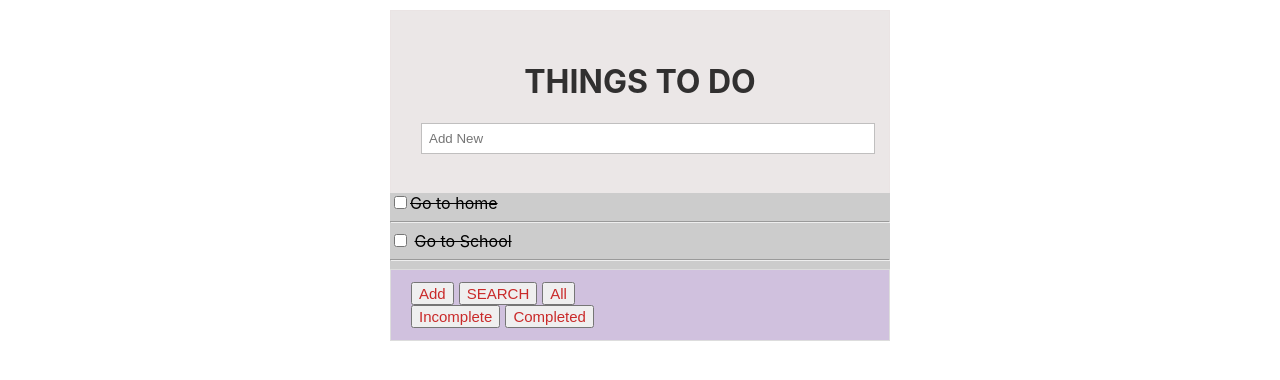
Repository: kirangautam45/To-Do-Application
Page: /
An editor plug-in stored every save of this project. The page is shown before and after a run of saves, followed by the edit.
The browser window is 1280 px wide. The pictures show the whole page.
The project was rebuilt for these pictures with package versions that can differ from the ones it lists, and the page was loaded fresh each time.

Above is the page before, as saved 2022-08-11 14:44:31.

After the next 5 saves:
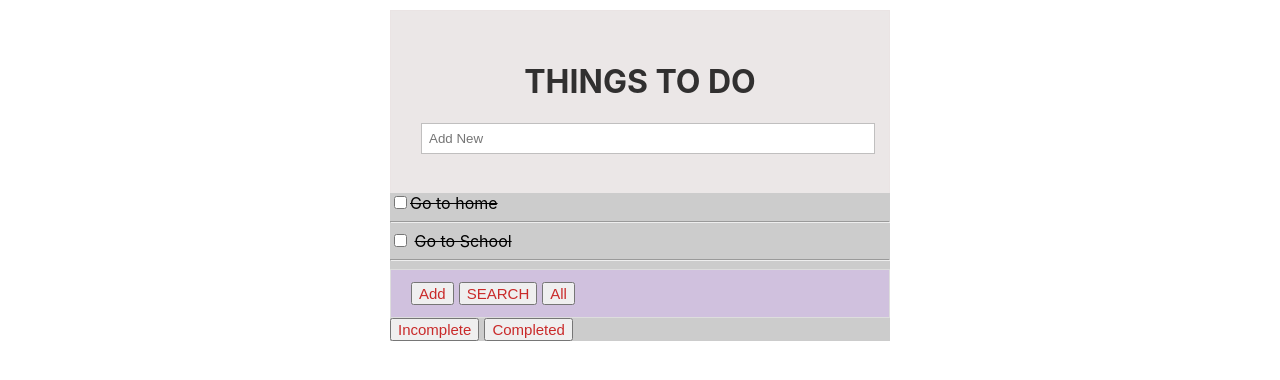
The 5 saves are shown as one change because 1 did not build or start and some came seconds apart.
The last was saved 22 s later.
--- a/src/App.js
+++ b/src/App.js
@@ -22,9 +22,9 @@ function App() {
               <button  className="Icon_button">Add</button>
               <button className="Icon_button">SEARCH</button>
               <button className="Icon_button">All</button>
-              <div>
+              </div>
 
-              </div>
+              <div >
               <button className="Icon_button">Incomplete</button>
               <button className="Icon_button">Completed</button>
             </div>
